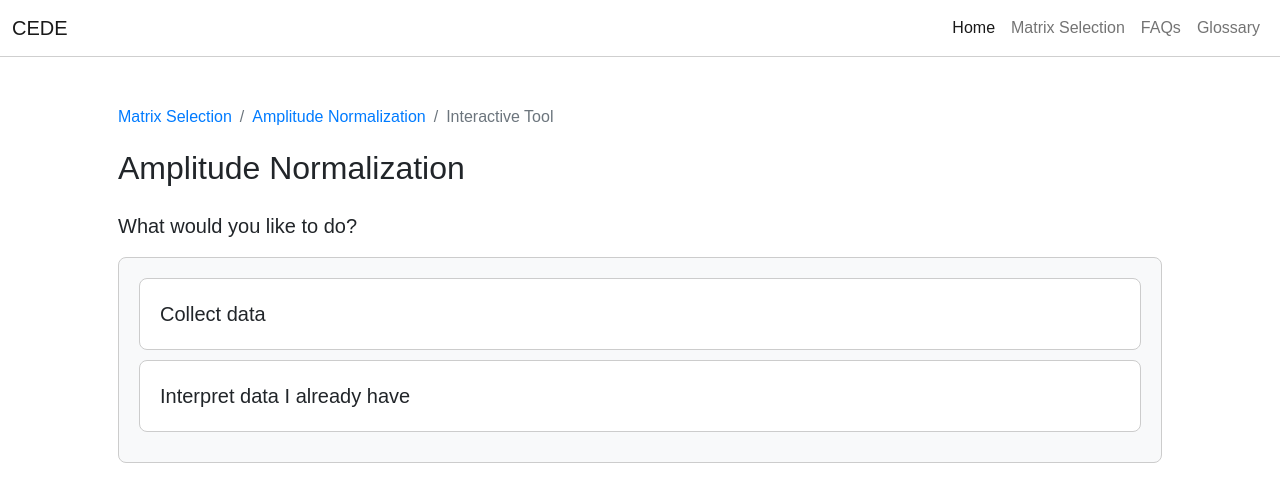
Repository: devashrisamani/CEDE-Website
Page: website/matrix.html
The author's editor kept a copy of each file at every save. The page is drawn from the files as they stood at one save, then again after the next save.
The browser window is 1280 px wide. The pictures show the whole page.

Above is the page before, as saved 2024-06-19 18:40:44.
Console error: TypeError: Cannot read properties of null (reading 'addEventListener')

After the next save:
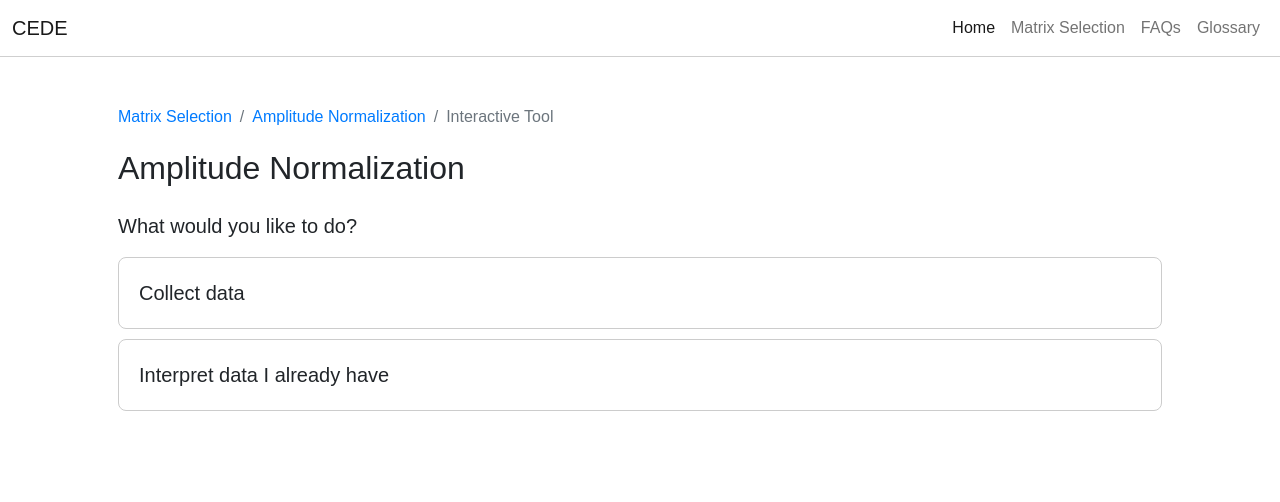
Saved 7 min 57 s later.
--- a/website/matrix.html
+++ b/website/matrix.html
@@ -55,7 +55,7 @@
       </nav>
       <h2 class="mb-4">Amplitude Normalization</h2>
       <p class="lead">What would you like to do?</p>
-      <div id="decision-form">
+      <div class="options-container">
         <div class="option" onclick="selectOption('collect-data')">
           <span>Collect data</span>
         </div>
